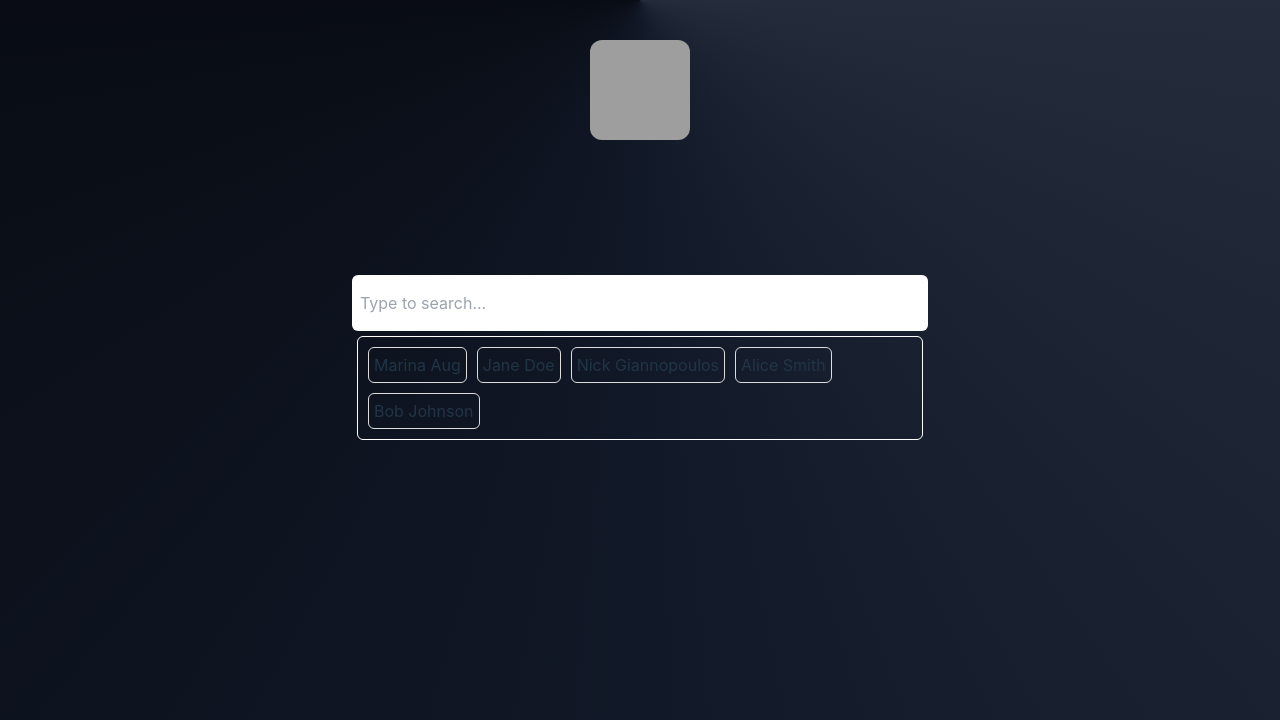
Repository: Ayansaxena24/Chip
Page: /
An editor plug-in stored every save of this project. The page is shown before and after the next save, followed by the edit.
The browser window is 1280 px wide. The pictures show the whole page.
Pictures or frames that could not be fetched are drawn as grey boxes. Some web libraries are served in a nearby version. The project was rebuilt for these pictures with package versions that can differ from the ones it lists, and the page was loaded fresh each time. Also part of the build but not shown: vite.config.ts, src/ChipInput.css.

Above is the page before, as saved 2024-01-16 22:17:01.

### index.html
<!doctype html>
<html lang="en">
  <head>
    <meta charset="UTF-8" />
    <link rel="icon" type="image/svg+xml" href="/vite.svg" />
    <meta name="viewport" content="width=device-width, initial-scale=1.0" />
    <script src="https://cdn.tailwindcss.com"></script>    <title>Vite + React + TS</title>
  </head>
  <body>
    <div id="root"></div>
    <script type="module" src="/src/main.tsx"></script>
  </body>
</html>

### src/App.tsx
import { BrowserRouter as Router, Routes, Route } from 'react-router-dom'
import ChipInput from './ChipInput'

const App = () => {
  return (
    <Router>
      <Routes>
      <Route path="/" element={<ChipInput />} />
      </Routes>
    </Router>
  )
}

export default App

### src/ChipInput.tsx
// ChipInput.tsx

import React, { useState, useRef, useEffect, KeyboardEvent, ChangeEvent } from "react";
import "./ChipInput.css"; // Import your CSS file (e.g., TailwindCss/SCSS)

interface Chip {
  id: number;
  label: string;
}

const ChipInput: React.FC = () => {
  const [inputValue, setInputValue] = useState<string>("");
  const [chips, setChips] = useState<Chip[]>([]);
  const [filteredItems, setFilteredItems] = useState<string[]>([]);
  const inputRef = useRef<HTMLInputElement>(null);

  const items = [
    "Marina Aug",
    "Jane Doe",
    "Nick Giannopoulos",
    "Alice Smith",
    "Bob Johnson",
  ];

  useEffect(() => {
    setFilteredItems(
      items.filter((item) => !chips.find((chip) => chip.label === item))
    );
  }, [chips]);

  const handleInputChange = (e: ChangeEvent<HTMLInputElement>) => {
    const value = e.target.value;
    setInputValue(value);

    if (value.trim() === "" && chips.length > 0) {
      highlightLastChip();
    } else {
      setFilteredItems(
        items.filter((item) => item.toLowerCase().includes(value.toLowerCase()))
      );
    }
  };

  const handleChipClick = (item: string) => {
    setChips((prevChips) => [...prevChips, { id: Date.now(), label: item }]);
    setInputValue(""); // Clear the input value after selecting a chip
    inputRef.current?.focus(); // Focus on the input field
  };

  const handleChipRemove = (id: number) => {
    setChips((prevChips) => prevChips.filter((chip) => chip.id !== id));
  };

  const handleInputKeyDown = (e: KeyboardEvent<HTMLInputElement>) => {
    if (e.key === "Backspace" && inputValue === "" && chips.length > 0) {
      e.preventDefault();
      const lastChip = chips[chips.length - 1];
      handleChipRemove(lastChip.id);
    }
  };

  const highlightLastChip = () => {
    const lastChip = document.querySelector(".chip:last-child");
    if (lastChip) {
      lastChip.classList.add("highlighted");
    }
  };

  return (
    <div className="w-screen flex justify-center items-center h-screen bg-[conic-gradient(at_top,_var(--tw-gradient-stops))] from-gray-700 via-gray-900 to-black">
      <div className="absolute top-10">
        <img
          src="https://play-lh.googleusercontent.com/tjzK0-TCkXB1zxkmiRr5WNGJxQy87s1RdBx10nqLbdxRIH7bPWxTkH_YiUMbYPFRfmj7=w240-h480-rw"
          alt="Zepto"
          className="w-[100px] h-[100px] rounded-xl "
        />
      </div>
      <div className="flex flex-col w-[80vh]">
        <div className="flex flex-wrap">
          {chips.map((chip) => (
            <div
              key={chip.id}
              className="bg-[#037bfc] text-white rounded-md m-[5px] pr-[30px] pl-[10px] py-[12px] cursor-pointer flex items-center relative"
              onClick={() => handleChipRemove(chip.id)}
            >
              {chip.label}
              <span className="hover:border-white hover:bg-red-600 duration-300 ease-in-out hover:border-2 hover:rounded-md px-1 mx-2 absolute right-0">
                X
              </span>
            </div>
          ))}
          <input
            ref={inputRef}
            type="text"
            value={inputValue}
            onChange={handleInputChange}
            onKeyDown={handleInputKeyDown}
            placeholder="Type to search..."
            className="rounded-md w-full pl-2 py-4"
          />
        </div>
        <ul
          className={`${
            chips.length !== 5
              ? "cursor-pointer p-[5px] m-[5px] border-white rounded-md border-[1px] border-solid flex flex-wrap"
              : ""
          }`}
        >
          {filteredItems.map((item) => (
            <li
              className="cursor-pointer p-[5px] m-[5px] border-[1px] border-[#ddd] rounded-md hover:text-black hover:bg-white duration-300 ease-in-out hover:scale-105"
              key={item}
              onClick={() => handleChipClick(item)}
            >
              {item}
            </li>
          ))}
        </ul>
      </div>
    </div>
  );
};

export default ChipInput;

Loaded but not shown: src/main.tsx (common file); src/index.css (common file)

After the next save:
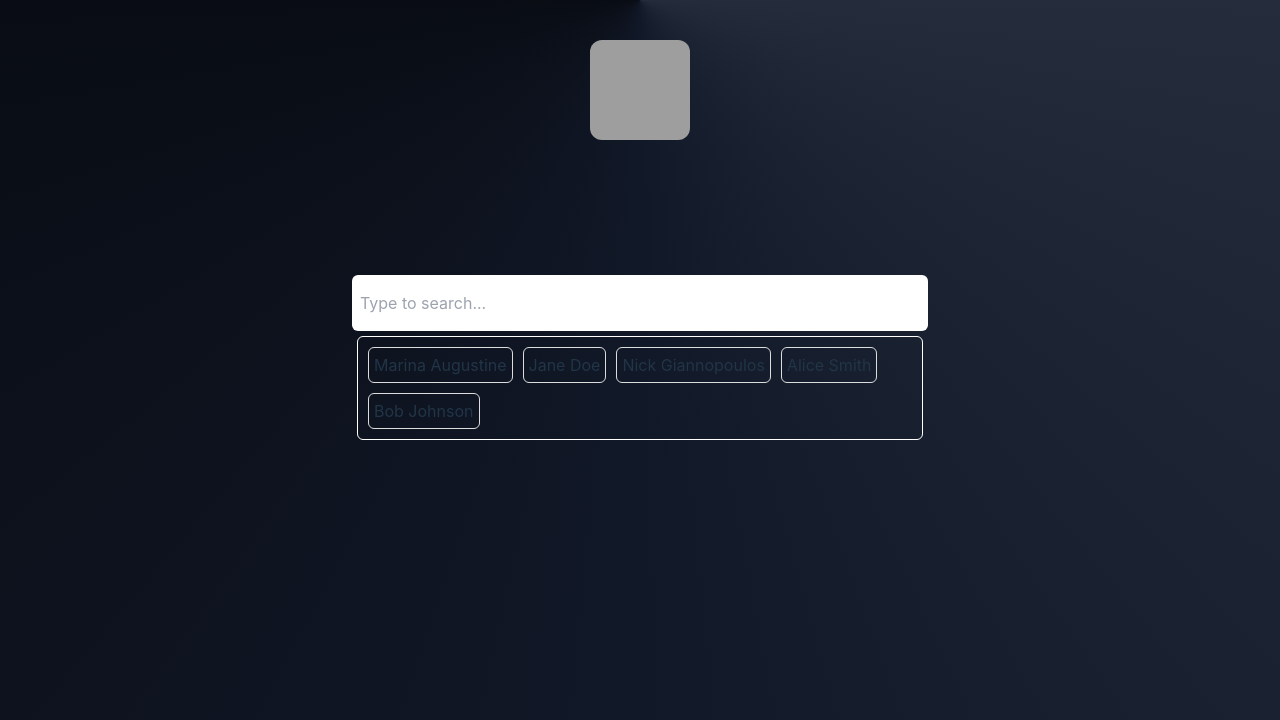
Saved 4 s later.
--- a/src/ChipInput.tsx
+++ b/src/ChipInput.tsx
@@ -15,7 +15,7 @@ const ChipInput: React.FC = () => {
   const inputRef = useRef<HTMLInputElement>(null);
 
   const items = [
-    "Marina Aug",
+    "Marina Augustine",
     "Jane Doe",
     "Nick Giannopoulos",
     "Alice Smith",
